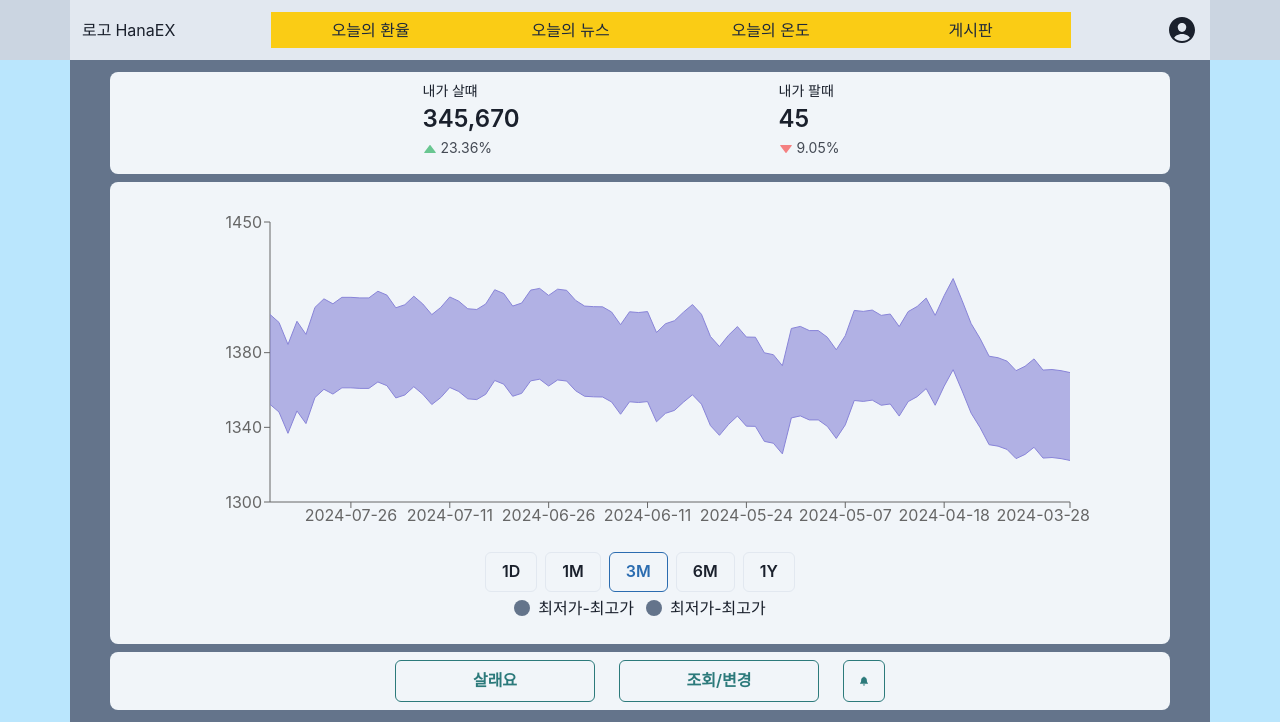
Repository: HANAEX/FRONT
Page: /MainPageDetail
These files come from the project's save history. The page is drawn as it stood at one moment and after the next save; the edit follows.
The browser window is 1280 px wide. The pictures show the whole page.
The project was rebuilt for these pictures with package versions that can differ from the ones it lists, and the page was loaded fresh each time. Also part of the build but not shown: src/components/ChartCard.js, src/components/FlowText.js, src/pages/MainPage.js, src/pages/LoginPage.js, src/pages/MyPage.js, src/data/Server_Url.js, src/components/Toggle.js, src/components/SementicCard.js and 8 more.

Above is the page before, as saved 2024-08-14 10:21:48.

After the next save:
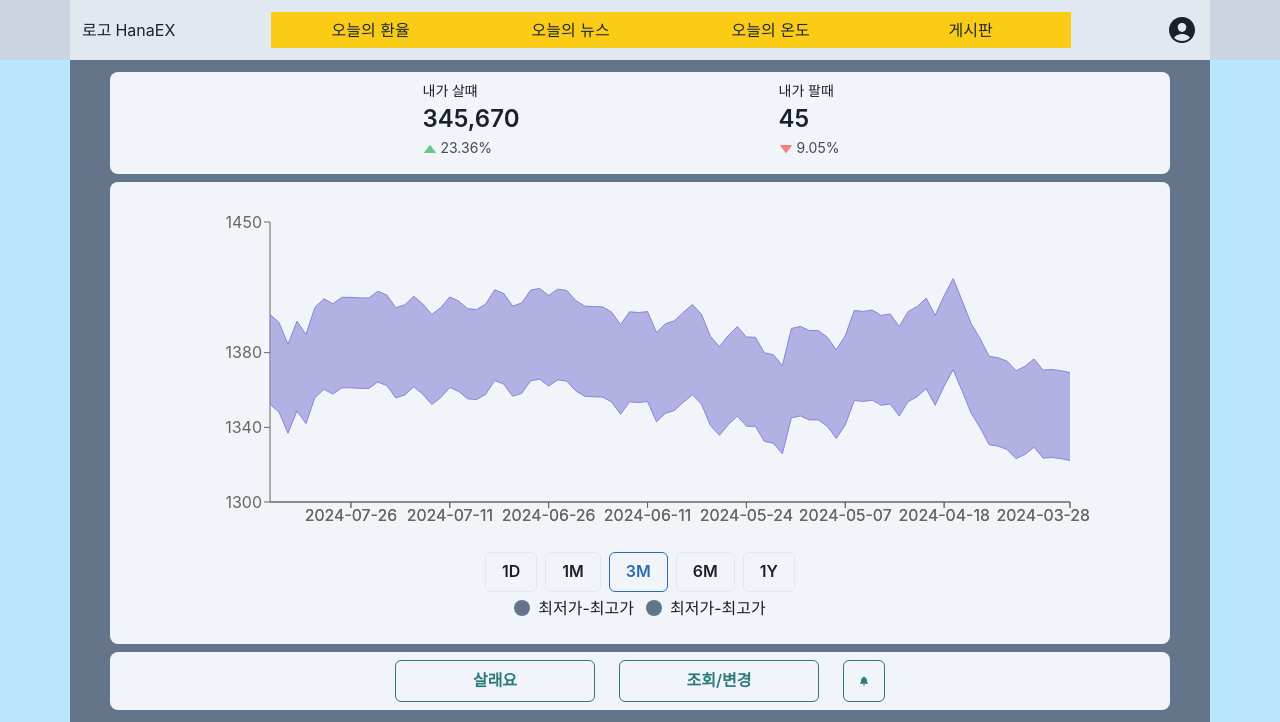
Saved 48 s later.
--- a/src/components/MainChart.js
+++ b/src/components/MainChart.js
@@ -901,6 +901,7 @@
           <XAxis dataKey="day" />
           <YAxis domain={[1300, 1450]}/>
           <Area dataKey="price" stroke="#8884d8" fill="#8884d8" />
+          <XAxis dataKey="day" />
           <Line type="monotone" dataKey="기준율" stroke="#ff7300" />
           <Tooltip />
         </AreaChart>
